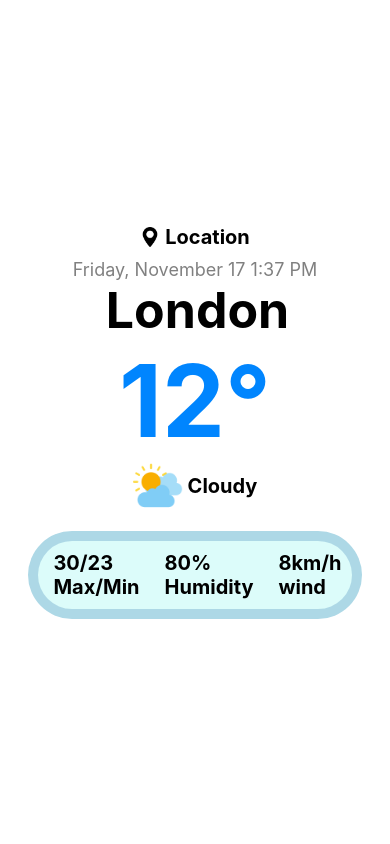
Repository: praveen080/react-native-weatherAppV1
Screen: /
The author's editor kept a copy of each file at every save. The screen is drawn from the files as they stood at one save, then again after a run of saves.
The app was drawn by React Native's web renderer in a window 390 px wide. The project was rebuilt for these pictures with package versions that can differ from the ones it lists, and the page was loaded fresh each time. Also part of the build but not shown: Screens/startUp.js.

Above is the screen before, as saved 2023-11-17 14:17:10.

After the next 3 saves:
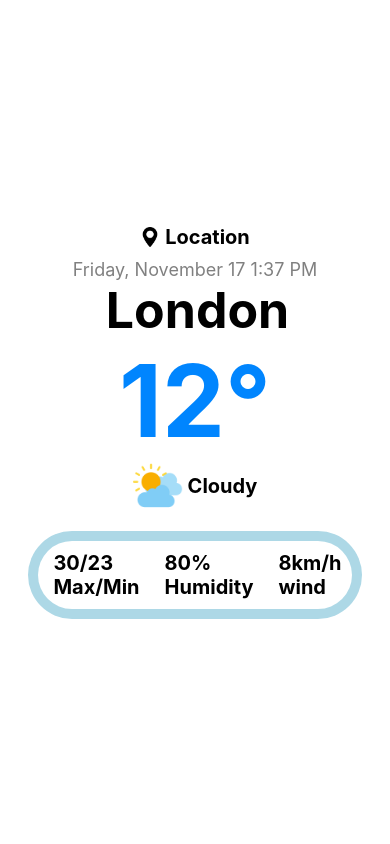
The 3 saves are shown as one change because they came seconds apart.
The last was saved 21 s later.
--- a/Screens/Home.js
+++ b/Screens/Home.js
@@ -77,7 +77,7 @@ export const styles = StyleSheet.create({
   locationContainer1: {
     flexDirection: "row",
     alignItems: "center",
-    backgroundColor: "#dcfcfa",
+    backgroundColor: "white",
     borderRadius: 50,
     margin: 10,
   },
